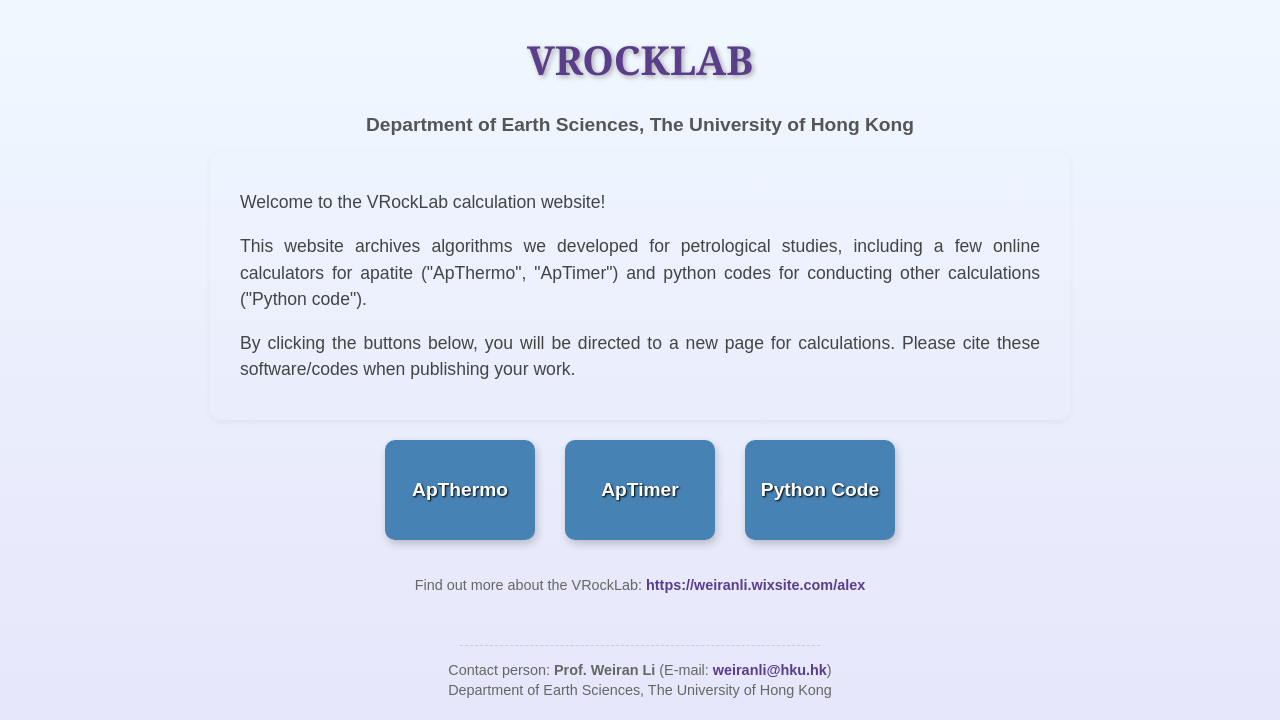
Repository: Abyss2019/home_page
Page: index.html
An editor plug-in stored every save of this project. The page is shown before and after the next save, followed by the edit.
The browser window is 1280 px wide. The pictures show the whole page.

Above is the page before, as saved 2025-04-06 10:43:24.

### index.html
<!DOCTYPE html>
<html lang="en">
<head>
    <meta charset="UTF-8">
    <meta name="viewport" content="width=device-width, initial-scale=1.0">
    <title>VROCKLAB</title>
    <style>
        body {
            font-family: Arial, sans-serif;
            margin: 0;
            padding: 0;
            /* background-image: url('./bg.webp'); */
            background: linear-gradient(to bottom, #f0f8ff, #e6e6fa);
            color: #333;
            display: flex;
            flex-direction: column;
            align-items: center;
            justify-content: center;
            height: 100vh;
        }

        header {
            text-align: center;
            /* margin-bottom: 30px; */
        }

        header h1 {
            font-size: 2.5em;
            font-family: 'Georgia', serif;
            text-shadow: 2px 2px 5px #aaa;
            color: #5a3e8a;
        }



        header h2 {
            font-size: 1.2em;
            margin-top: 5px;
            color: #555;
        }

        .intro {
        font-size: 1.1em;
        line-height: 1.5;
        text-align: justify;
        color: #444;
        /* background-color: #f2f6ff; */
        padding: 20px 30px;
        border-radius: 12px;
        box-shadow: 0 2px 8px rgba(0,0,0,0.05);
        max-width: 800px;
        }

        /* .indent p {
        text-indent: 2em;
        margin-bottom: 1em;
        } */


        .buttons-container {
            display: flex;
            gap: 30px;
            margin: 20px 0;
        }

        .button {
            display: flex;
            align-items: center;
            justify-content: center;
            width: 150px;
            height: 100px;
            background-color: #4682b4;
            border-radius: 10px;
            box-shadow: 2px 4px 8px rgba(0, 0, 0, 0.2);
            color: #fff;
            font-size: 1.2em;
            font-weight: bold;
            text-decoration: none;
            text-shadow: 1px 1px 2px #000;

        }
        .button:hover{
          transform: scale(1.05);
        }


        footer {
        font-size: 0.9em;
        /* margin-top: 40px; */
        /* padding: 15px 0; */
        text-align: center;
        color: #666;
        line-height: 1.4;
        }

        footer a {
        color: #5a3e8a;
        text-decoration: none;
        font-weight: bold;
        }

        footer a:hover {
        text-decoration: underline;
        }
    </style>
</head>
<body>
    <header>
        <h1>VROCKLAB</h1>
        <h2>Department of Earth Sciences, The University of Hong Kong</h2>
    </header>


    <div class="intro indent">
    <p>Welcome to the VRockLab calculation website!</p>
    <p>This website archives algorithms we developed for petrological studies, including a few online calculators for apatite ("ApThermo", "ApTimer") and python codes for conducting other calculations ("Python code").</p>
    <p>By clicking the buttons below, you will be directed to a new page for calculations. Please cite these software/codes when publishing your work.</p>
    </div>


    <div class="buttons-container">
        <a href="https://vrocklab.hku.hk/ApThermo/" target="_blank" class="button">ApThermo</a>
        <a href="https://vrocklab.hku.hk/ApTimer/" target="_blank" class="button">ApTimer</a>
        <a href="https://vrocklab.hku.hk/python-code/" target="_blank" class="button">Python Code</a>
    </div>


    <footer>
        <p>
            Find out more about the VRockLab:
            <a href="https://weiranli.wixsite.com/alex" target="_blank">https://weiranli.wixsite.com/alex</a>
        </p>
    <hr style="width: 80%; margin-top: 50px; border: none; border-top: 1px dashed #ccc;">
        <p>
            Contact person: <strong>Prof. Weiran Li</strong> (E-mail:
            <a href="mailto:weiranli@hku.hk">weiranli@hku.hk</a>)<br>
            Department of Earth Sciences, The University of Hong Kong
        </p>
    </footer>
</body>
</html>

After the next save:
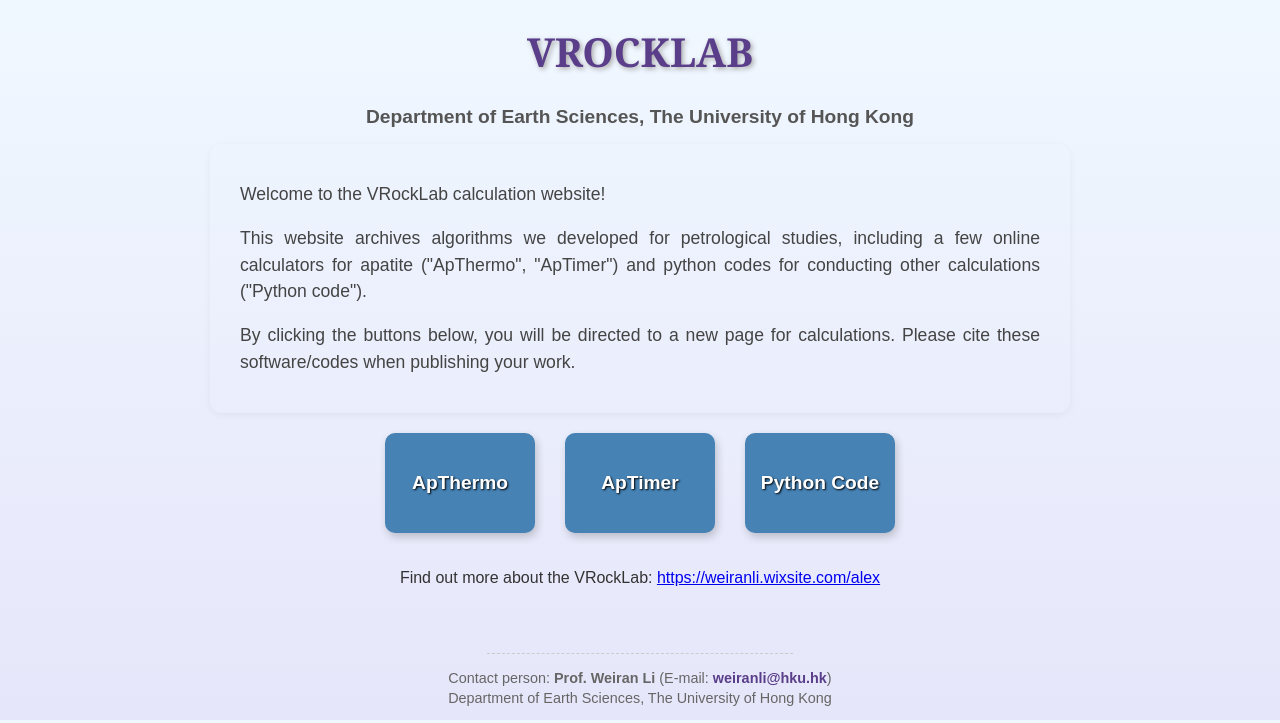
Saved 6 s later.
--- a/index.html
+++ b/index.html
@@ -123,13 +123,13 @@
         <a href="https://vrocklab.hku.hk/ApTimer/" target="_blank" class="button">ApTimer</a>
         <a href="https://vrocklab.hku.hk/python-code/" target="_blank" class="button">Python Code</a>
     </div>
+    <p>
+        Find out more about the VRockLab:
+        <a href="https://weiranli.wixsite.com/alex" target="_blank">https://weiranli.wixsite.com/alex</a>
+    </p>
 
 
     <footer>
-        <p>
-            Find out more about the VRockLab:
-            <a href="https://weiranli.wixsite.com/alex" target="_blank">https://weiranli.wixsite.com/alex</a>
-        </p>
     <hr style="width: 80%; margin-top: 50px; border: none; border-top: 1px dashed #ccc;">
         <p>
             Contact person: <strong>Prof. Weiran Li</strong> (E-mail:
